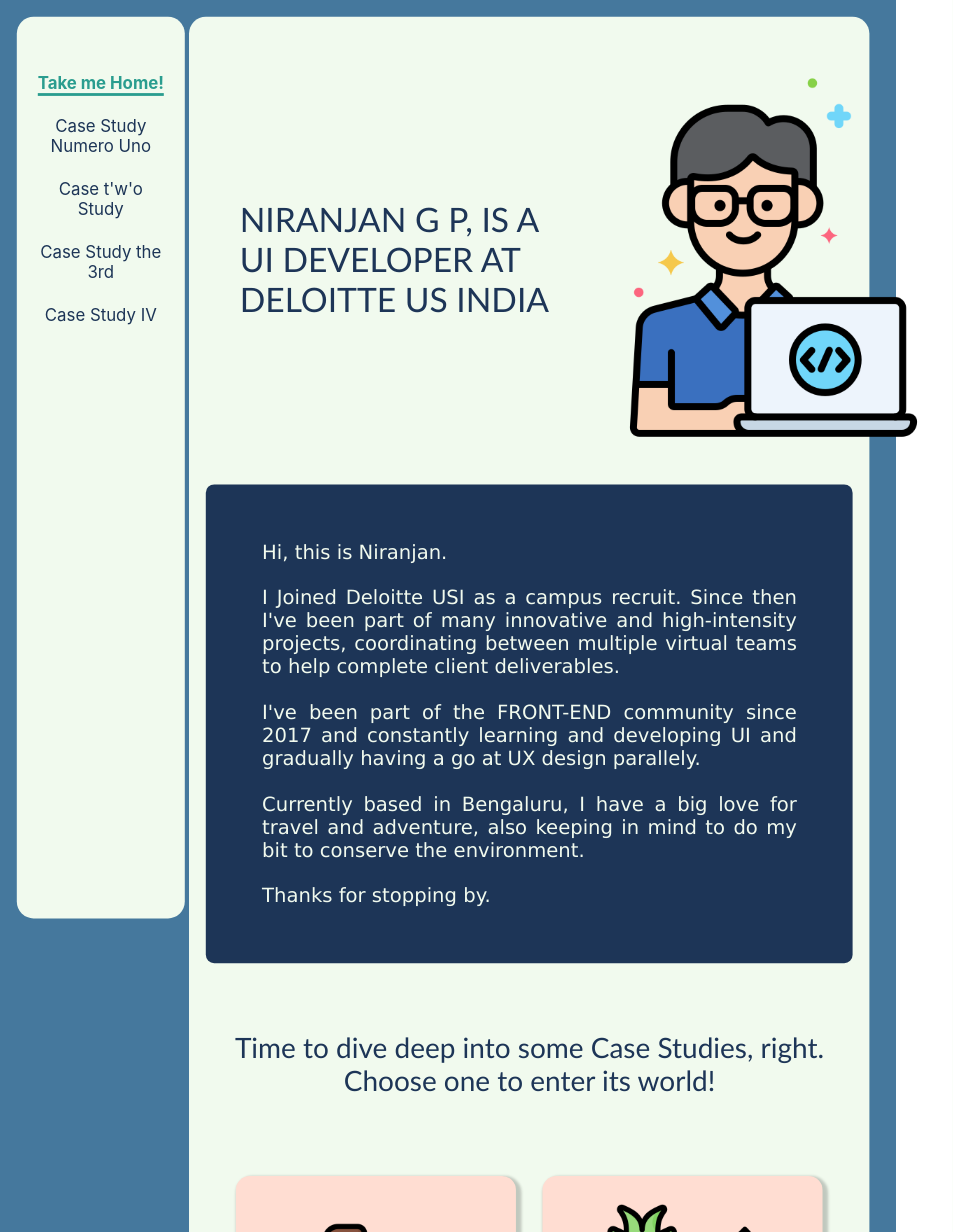
Repository: niranjangp/portfolioReact
Page: /
These files come from the project's save history. The page is drawn as it stood at one moment and after the next save; the edit follows.
The browser window is 1280 px wide. The page is 1361 px wide, so the pictures cover 1361 px, including what lies to the right of the window. The pictures show the part of the page from y = 0 to 1760 px (the page is 3274 px tall), at 70% of full size.
The project was rebuilt for these pictures with package versions that can differ from the ones it lists, and the page was loaded fresh each time. Also part of the build but not shown: src/pages/csOne.jsx, src/pages/csTwo.jsx, src/pages/csThree.jsx, src/pages/csFour.jsx, src/pages/notFound.jsx.

Above is the page before, as saved 2022-02-02 02:47:26.

After the next save:
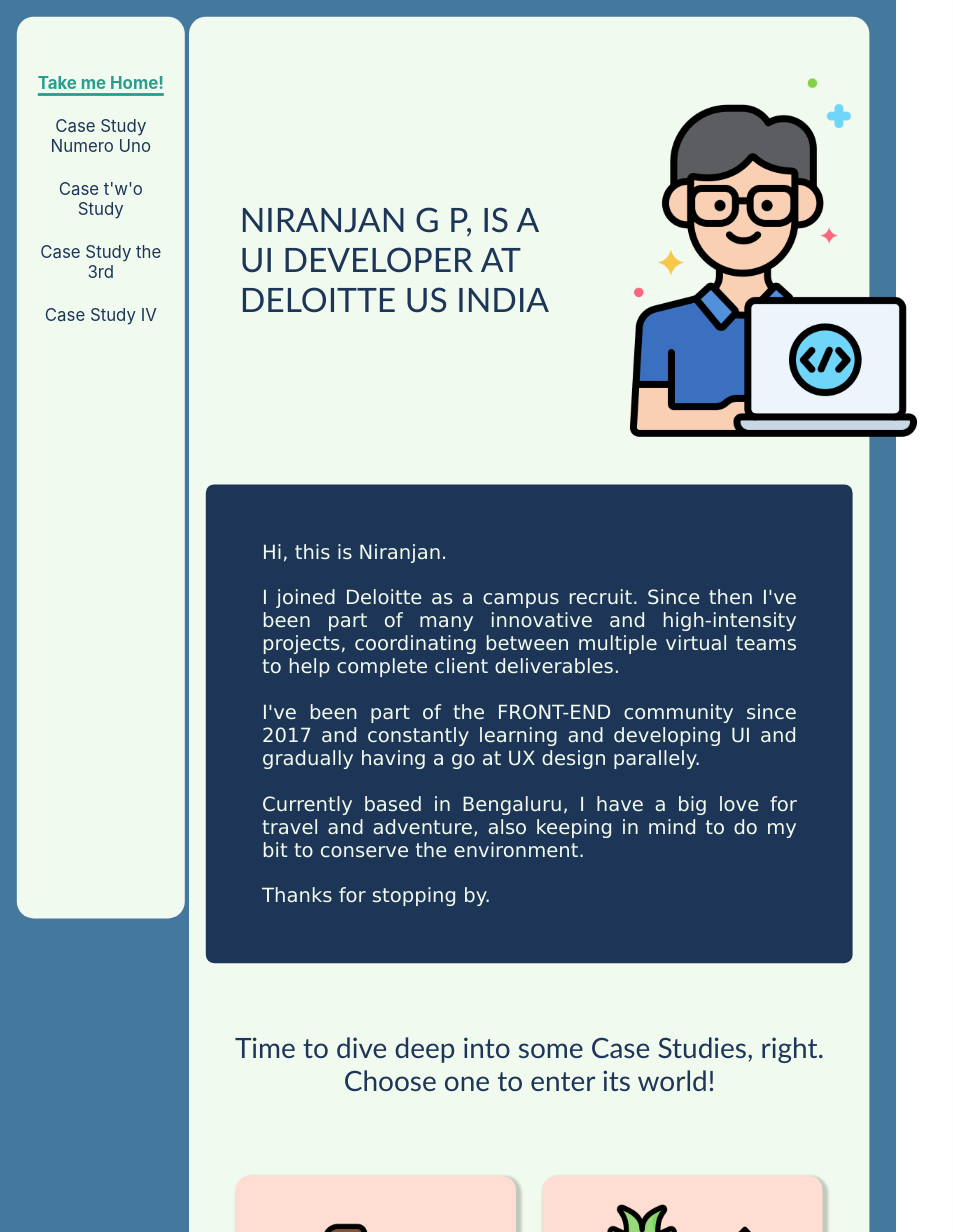
Saved 102 s later.
--- a/src/pages/enterDesign.jsx
+++ b/src/pages/enterDesign.jsx
@@ -23,7 +23,7 @@ const enterDesign = () => {
             </div>
             <div className='sec-row'>
                 <p>Hi, this is Niranjan.</p>
-                <p>I Joined Deloitte USI as a campus recruit. Since then I've been part of many innovative and high-intensity projects, coordinating between multiple virtual teams to help complete client deliverables.</p>
+                <p>I joined Deloitte as a campus recruit. Since then I've been part of many innovative and high-intensity projects, coordinating between multiple virtual teams to help complete client deliverables.</p>
                 <p>I've been part of the FRONT-END community since 2017 and constantly learning and developing UI and gradually having a go at UX design parallely.</p>
                 <p>Currently based in Bengaluru, I have a big love for travel and adventure, also keeping in mind to do my bit to conserve the environment.</p>
                 <p>Thanks for stopping by.</p>
